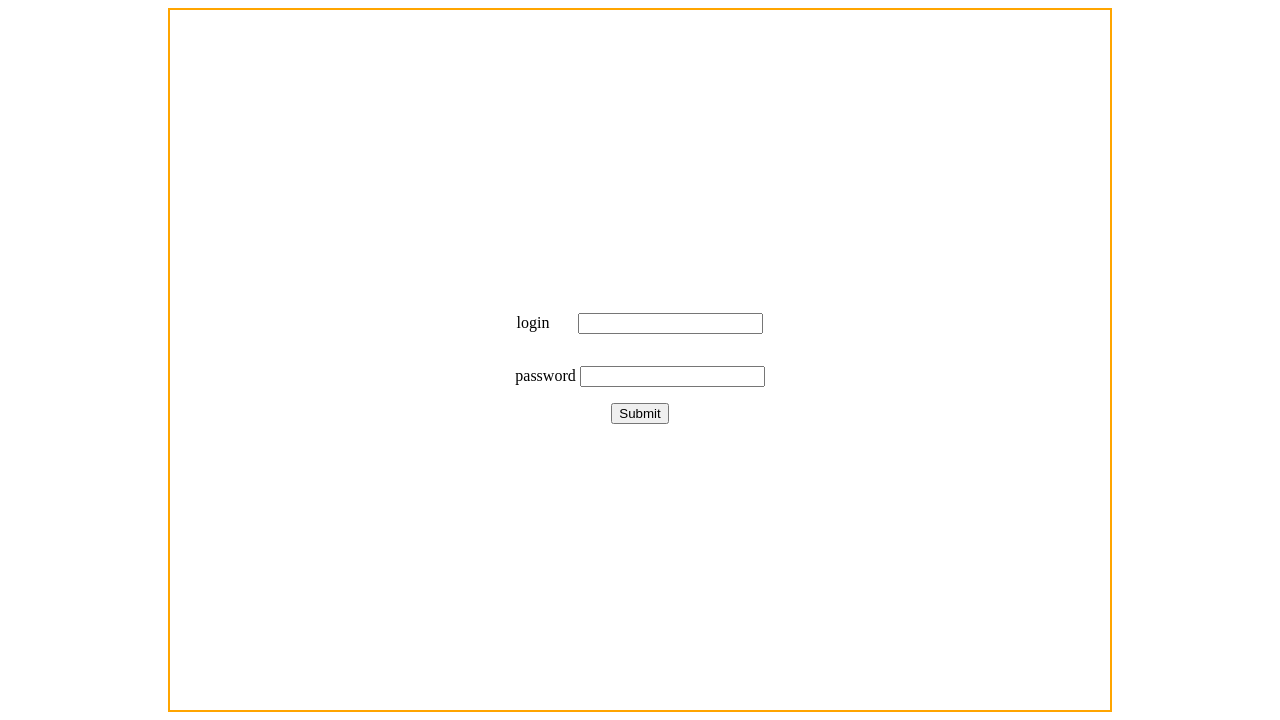
Repository: AndreyMykulych/javascript
Page: 11/index.html
The author's editor kept a copy of each file at every save. The page is drawn from the files as they stood at one save, then again after the next save.
The browser window is 1280 px wide. The pictures show the whole page.

Above is the page before, as saved 2023-04-27 22:52:53.

After the next save:
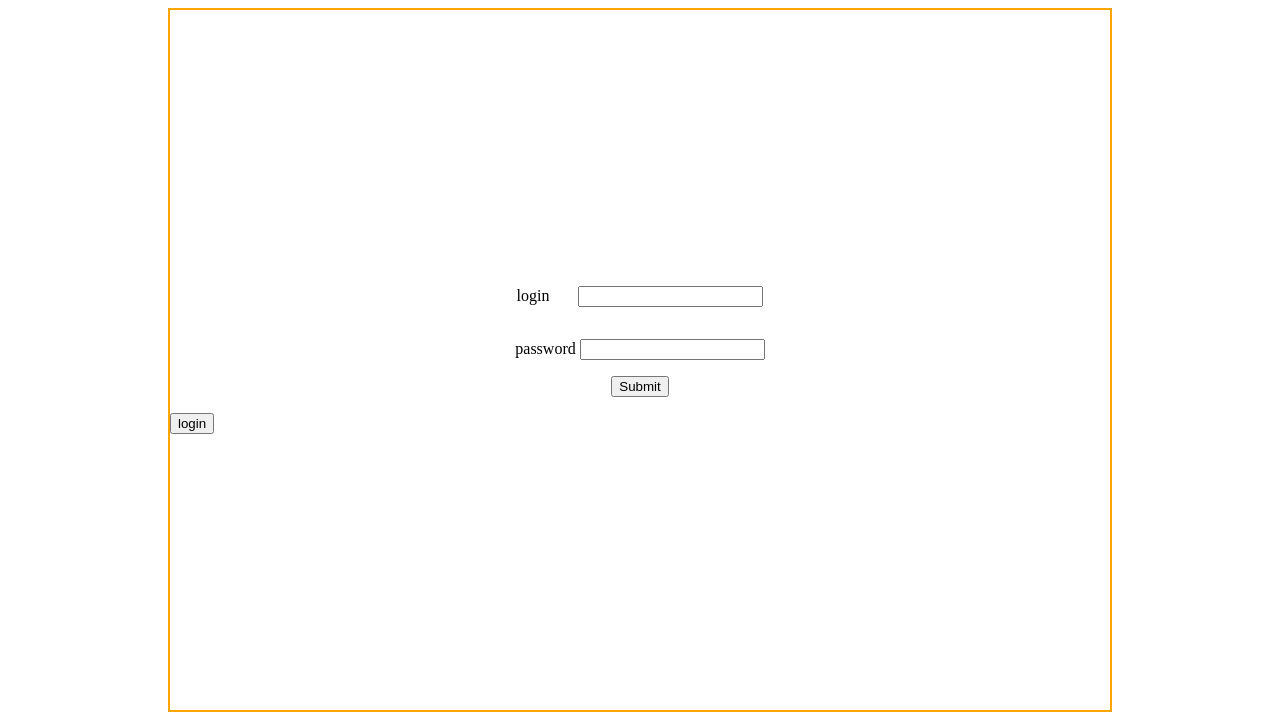
Saved 91 s later.
--- a/11/index.html
+++ b/11/index.html
@@ -41,6 +41,9 @@
                <input type="password" id="password">
        </p>
        <button style='width: fit-content; margin: 0 auto;' class="submit">Submit</button>
+       <p>
+           <input type="submit" value="login">
+       </p>
     </form>
     <form class="pizzaForm">
 

After the save that followed:
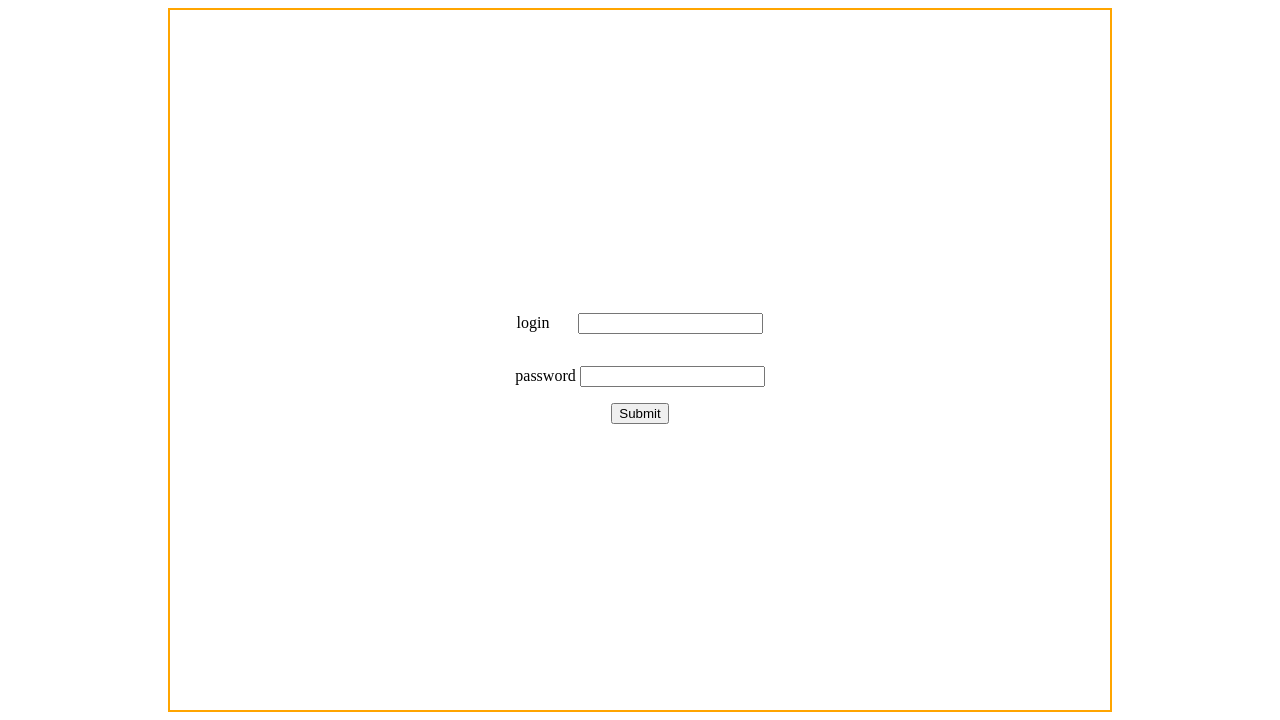
Saved 37 s later.
--- a/11/index.html
+++ b/11/index.html
@@ -41,9 +41,6 @@
                <input type="password" id="password">
        </p>
        <button style='width: fit-content; margin: 0 auto;' class="submit">Submit</button>
-       <p>
-           <input type="submit" value="login">
-       </p>
     </form>
     <form class="pizzaForm">
 
